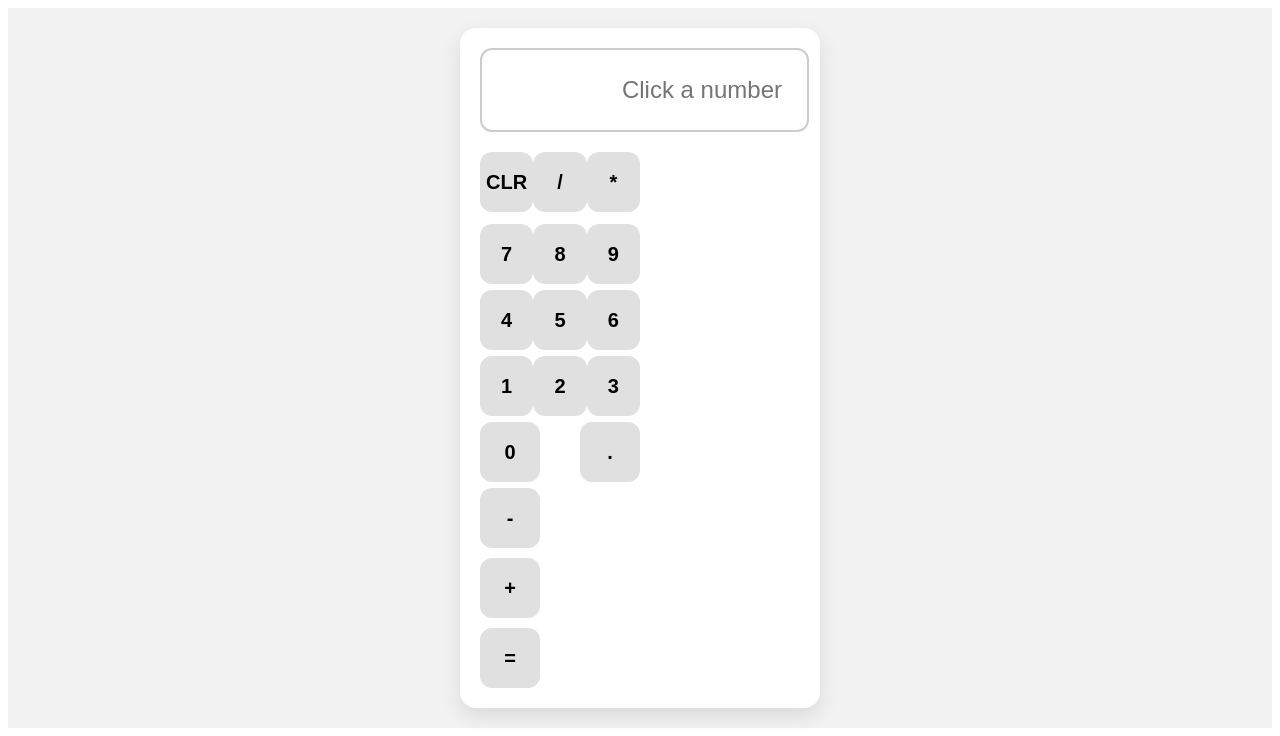
Repository: Marivic-SLRS/ReactJS-Basic-Calculator
Page: /
The author's editor kept a copy of each file at every save. The page is drawn from the files as they stood at one save, then again after the next save.
The browser window is 1280 px wide. The pictures show the whole page.
The project was rebuilt for these pictures with package versions that can differ from the ones it lists, and the page was loaded fresh each time.

Above is the page before, as saved 2025-07-30 17:40:47.

### src/index.js
import React from 'react';
import ReactDOM from 'react-dom/client';
import App from './App';


const root = ReactDOM.createRoot(document.getElementById('root'));
root.render(
    <App />

);

### src/App.js
import Calculator from "./Components/Calculator";


function App() {
  return <Calculator/>
}

export default App;

### src/Components/Calculator.js
import React from 'react';
import '../Assets/Calculator.css';

function Calculator() {
  return (
    <div className='container'>
        <form className='form'>

            <div className='monitor-container'>
                <input
                    className='monitor'
                    type='number'
                    placeholder='Click a number'
                    readOnly
                    disabled
                />
            </div>

            <div className='btns-container'>
                    <div className='first-layer'>
                            <button>CLR</button>
                            <button>/</button>
                            <button>*</button>
                    </div>
                    <div className='second-layer'>
                        <div>
                            <button>7</button>
                            <button>8</button>
                            <button>9</button>
                        </div>
                        <div>
                            <button>4</button>
                            <button>5</button>
                            <button>6</button>
                        </div>

                        <div>
                            <button>1</button>
                            <button>2</button>
                            <button>3</button>
                        </div>

                        <div>
                            <button>0</button>
                            <button>.</button>
                        </div>
                    </div>
            </div>
                    <div className='third-layer'>
                            <button>-</button>
                            <button>+</button>
                            <button>=</button>
                    </div>



        </form>

    </div>
  )
}

export default Calculator

### src/Assets/Calculator.css

.container {
  display: flex;
  justify-content: center;
  align-items: center;
  height: 100vh;
  background-color: #f2f2f2;
}


.form {
  background-color: #fff;
  padding: 20px;
  border-radius: 16px;
  box-shadow: 0 8px 20px rgba(0, 0, 0, 0.1);
  width: 320px;
}


.monitor-container {
  margin-bottom: 20px;
  padding-right: 15px;

}

.monitor {
  width: 100%;
  height: 60px;
  font-size: 24px;
  padding: 10px;
  border-radius: 12px;
  border: 2px solid #ccc;
  text-align: right;
  background-color: #fefefe;

}


.btns-container {
  display: flex;
  flex-direction: column;
  gap: 12px;
  width: 50%;
}

/* Left side: 70% width for first + second layers */
.left-btns {
  width: 70%;
  display: flex;
  flex-direction: column;
  gap: 10px;
}

/* Right side: 30% width for third layer buttons in column */
.third-layer {
  width: 30%;
  display: flex;
  flex-direction: column;
  gap: 10px;
  justify-content: space-between;
}

/* First layer row (e.g., CLR, /, *) */
.first-layer {
  display: flex;
  justify-content: space-between;
}

/* Second layer grid for numbers */
.second-layer > div {
  display: flex;
  justify-content: space-between;
  margin-bottom: 6px;
}

/* Button styles */
button {
  width: 60px;
  height: 60px;
  font-size: 20px;
  font-weight: bold;
  border: none;
  border-radius: 12px;
  background-color: #e0e0e0;
  cursor: pointer;
  transition: background-color 0.2s ease;
}

button:hover {
  background-color: #d1d1d1;
}

Loaded but not shown: public/index.html (common file)

After the next save:
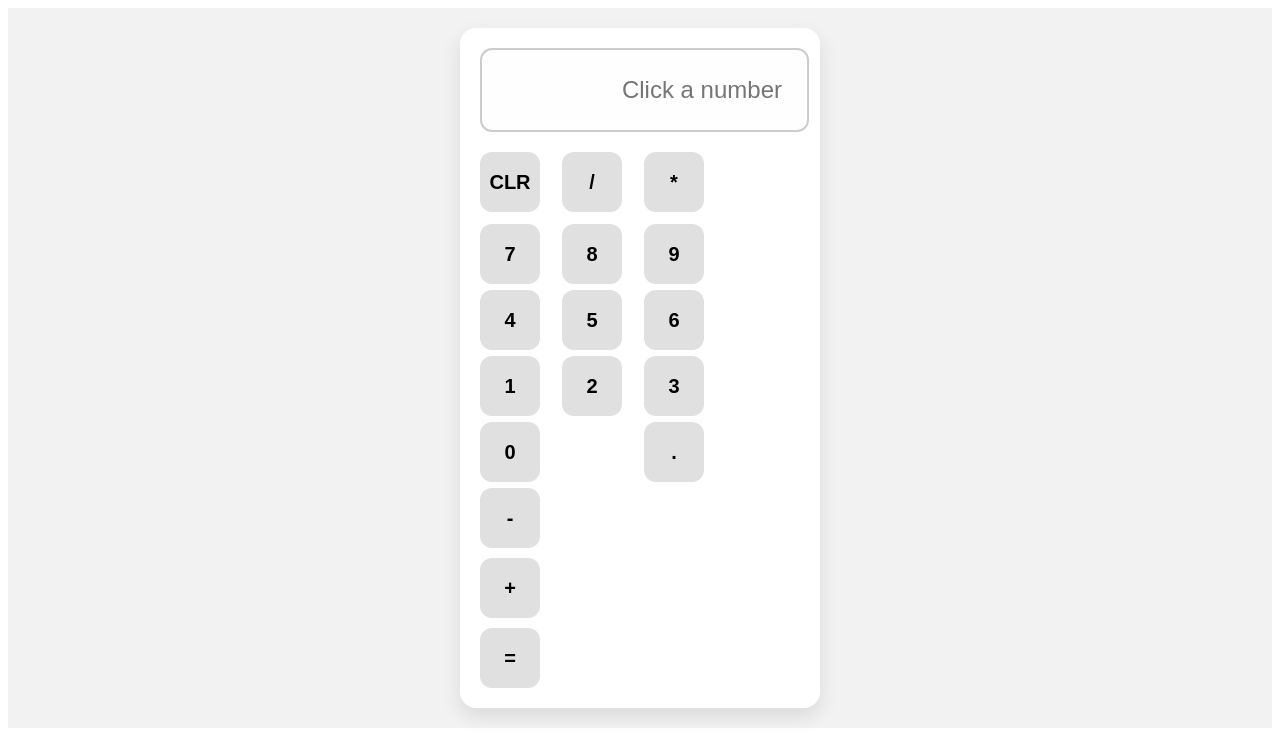
Saved 4 s later.
--- a/src/Assets/Calculator.css
+++ b/src/Assets/Calculator.css
@@ -40,7 +40,7 @@
   display: flex;
   flex-direction: column;
   gap: 12px;
-  width: 50%;
+  width: 70%;
 }
 
 /* Left side: 70% width for first + second layers */
